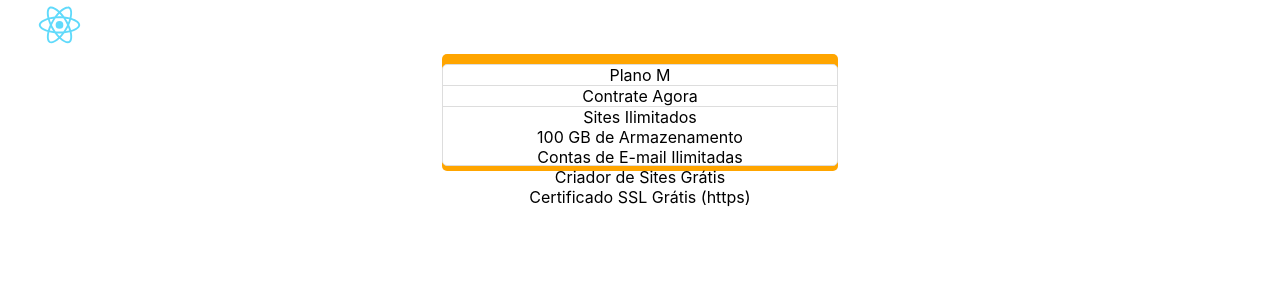
Repository: gatomazi/hostgatorFrontend
Page: /
An editor plug-in stored every save of this project. The page is shown before and after the next save, followed by the edit.
The browser window is 1280 px wide. The pictures show the whole page.
The project was rebuilt for these pictures with package versions that can differ from the ones it lists, and the page was loaded fresh each time.

Above is the page before, as saved 2020-01-24 10:36:06.

### src/App.js
import React from "react";

import "./App.css";
import Topbar from "./components/Topbar";
import Plano from "./components/Plano";
function App() {
  return (
    <div className="App">
      <Topbar />
      <Plano />
    </div>
  );
}

export default App;

### src/components/Topbar.js
import React from "react";

import logo from "../logo.svg";
// import { Link } from "react-router-dom";

import { makeStyles } from "@material-ui/core/styles";
import Grid from "@material-ui/core/Grid";
import Container from "@material-ui/core/Container";

const useStyles = makeStyles(theme => ({
  root: {
    flexGrow: 1
  }
}));

const Topbar = () => {
  const classes = useStyles();
  return (
    <div className={classes.root}>
      <Container maxWidth="lg">
        <Grid item xs={12} style={{ textAlign: "left" }}>
          <img
            style={{ height: 50 }}
            src={logo}
            className="Navbar-logo"
            alt="logo"
          />
        </Grid>
      </Container>
    </div>
  );
};

export default Topbar;

### src/components/Plano.js
import React from "react";

import { makeStyles } from "@material-ui/core/styles";
import Grid from "@material-ui/core/Grid";
import Container from "@material-ui/core/Container";

const borderColor = "#ddd";

const useStyles = makeStyles(theme => ({
  root: {
    flexGrow: 1
  },
  orangePlanBg: {
    backgroundColor: "orange",
    paddingBottom: 5,
    paddingTop: 10,
    borderRadius: 5
  },
  planCard: {
    backgroundColor: "#fff",
    height: 100,
    borderColor: borderColor,
    borderStyle: "solid",
    border: 1,
    borderRadius: 5
  },
  insideDivisor: {
    borderBottomColor: borderColor,
    borderBottomStyle: "solid",
    borderBottom: 0.5,
    borderTopColor: borderColor,
    borderTopStyle: "solid",
    borderTop: 0.5
  }
}));

const Plano = () => {
  const classes = useStyles();
  return (
    <div className={classes.root}>
      <Container maxWidth="xs">
        <Grid className={classes.orangePlanBg} item xs={12}>
          <div className={classes.planCard}>
            <div>Plano M</div>
            <div className={classes.insideDivisor}>Contrate Agora</div>
            <div>
              <div>Sites Ilimitados</div>
              <div>100 GB de Armazenamento</div>
              <div>Contas de E-mail Ilimitadas</div>
              <div>Criador de Sites Grátis</div>
              <div>Certificado SSL Grátis (https)</div>
            </div>
          </div>
        </Grid>
      </Container>
    </div>
  );
};

export default Plano;

Loaded but not shown: public/index.html (common file); src/index.js (common file); src/index.css (common file); src/serviceWorker.js (common file); src/App.css (common file)

After the next save:
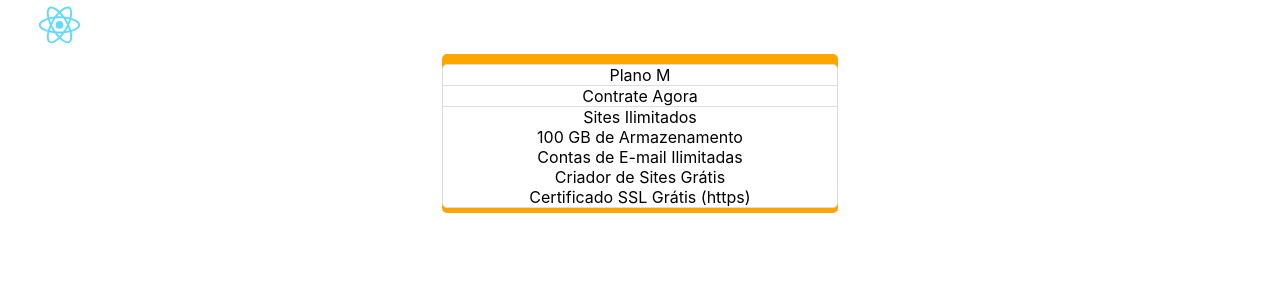
Saved 6 s later.
--- a/src/components/Plano.js
+++ b/src/components/Plano.js
@@ -18,7 +18,7 @@ const useStyles = makeStyles(theme => ({
   },
   planCard: {
     backgroundColor: "#fff",
-    height: 100,
+    // height: 100,
     borderColor: borderColor,
     borderStyle: "solid",
     border: 1,
